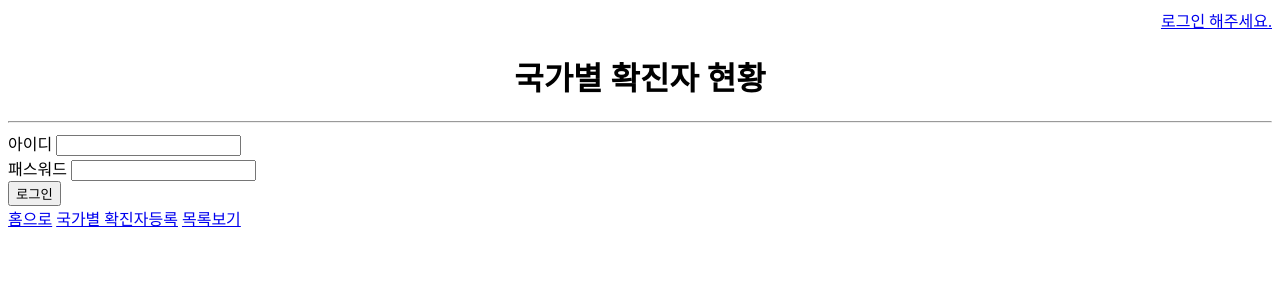
Repository: midrash/fileUpload-Test
Page: spring-ajax-test-frontend/index.html
An editor plug-in stored every save of this project. The page is shown before and after the next save, followed by the edit.
The browser window is 1280 px wide. The pictures show the whole page.

Above is the page before, as saved 2020-10-28 09:04:43.

### spring-ajax-test-frontend/index.html
<!DOCTYPE html>
<html>
<head>
<meta charset="UTF-8">
<title>Insert title here</title>
<style>
#loginInfo {
	text-align: right;
}

#head {
	text-align: center;
}

.inputtitle {
	display: inline-block;
	width: 100px;
	background: silver;
	text-align: center;
}
</style>
<script	src="https://ajax.googleapis.com/ajax/libs/jquery/3.5.1/jquery.min.js"></script>
<script>
	let root = '/test';
	let isLogin = false;
	let loginUser = {
		id: ''
	}
</script>
</head>
<body>
	<div id="loginInfo">
	</div>

	<h1 id="head">국가별 확진자 현황</h1>
	<hr>
	<div id="countryListArea">
	<form action="deletes">
		<table>
			<thead>
			<tr>
				<th>국가번호</th>
				<th>국가명</th>
				<th>확진자수</th>
				<th>지역</th>
				<th>삭제</th>
			</tr>
			</thead>
			<tbody id="ListBody">

			</tbody>
		</table>
		<div>
			<button>선택항목삭제</button>
		</div>
	</form>

	<!--------------------------------------------------------------------------------------------------------------->
	<div id="countryDetailArea">
		<label for="ccode" class="inputtitle">국가 번호</label>
		<input type="text" id="detail_ccode">
		<br>
		<label for="cname" class="inputtitle">국가명</label>
		<input type="text" id="detail_cname">
		<br>
		<label for="patient" class="inputtitle">확진자수</label>
		<input type="text" id="detail_patient">
		<br>
		<label for="rcode" class="inputtitle">지역</label>
		<input type="text" id="detail_rname">
	</div>


	<!--------------------------------------------------------------------------------------------------------------->
	</div>
	<div id="countryRegistArea">
		<h2>확진자 현황 등록</h2>
	<form id="registForm">
		<label for="ccode" class="inputtitle">국가 코드</label>
		<input type="text" name="ccode" id="ccode">
		<br>
		<label for="cname" class="inputtitle">국가명</label>
		<input type="text" name="cname" id="cname">
		<br>
		<label for="patient" class="inputtitle">확진자수</label>
		<input type="number" name="patient" id="patient">
		<br>
		<label for="rcode" class="inputtitle">지역</label>
		<select id="rcode" name="rcode">
			<option value="eu">유럽
			<option value="na">북아메리카
			<option value="as">아시아
		</select>
		<br>
		<input type="submit" value="확진자 현황 등록">
		<input type="reset" value="초기화">
	</form>
	<div>
			<a href="#">홈으로</a>
			<a href="/country/regist">국가별 확진자등록</a>
			<a href="#" id="viewList">목록보기</a>
		</div>
	</div>


	<!--------------------------------------------------------------------------------------------------------------->
	<div id="loginArea">
		<div id="loginMsg">
			<h2>이미 로그인 되있습니다.</h2>
		</div>
		<div id="loginFormDiv">
			<div>
				<label>아이디</label> <input type="text" id="id">
			</div>
			<div>
				<label>패스워드</label> <input type="password" id="pw">
			</div>
			<div>
				<button type="button" id="LoginBtn">로그인</button>
			</div>
		</div>
		<div>
			<a href="#">홈으로</a>
			<a href="/country/regist">국가별 확진자등록</a>
			<a href="#" id="viewList" >목록보기</a>
		</div>


	</div>
	<script >
	// 로그인 여부에 따라서 화면의 멘트 체인지
	if (isLogin){
		$("#loginInfo").html(`${loginUser.id }님 로그인되었습니다. <a	href="${root}/user/logout">로그아웃</a>`);
		$("#loginMsg").show();
		$("#loginFormDiv").hide();
		$("#countryListArea").hide();


	} else {
		$("#loginInfo").html(`<a href="${root}">로그인 해주세요.</a>`);
		$("#loginMsg").hide();
		$("#loginFormDiv").show();

	}
	$("#countryListArea,#countryRegistArea,#countryDetailArea").hide();

	// 상세 이벤트 처리

	$("#ListBody").on("click"," a",function(){
		console.log($(this).text());
		$.ajax({
			url: `${root}/country/detail.do`,
			data: {
				ccode : $(this).text()
			},
			dataType :'json',
			success: function(data){
				console.dir(data);
				$("#detail_ccode").val(data.ccode);
				$("#detail_cname").val(data.cname);
				$("#detail_patient").val(data.patient);
				$("#detail_rname").val(data.rname);

				$("#loginArea").hide();
				$("#countryRegistArea").hide();
				$("#countryListArea").hide();
				$("#countryDetailArea").show();
			},
			error : function(){
				alert("상세 정보 조회시 문제 발생");
			}

		});




	});


	// 목록 이벤트 처리
	$("#viewList").click(function(){
		$.ajax({
			url: `${root}/country/list.do`,
			dataType :'json',
			success: function(data){
				console.dir(data);
				$("#ListBody").html("");
				$.each(data,function(i,v){
				console.log(i,v);
				$("#ListBody").append(`
					<tr>
						<td><a href="#detail?ccode=${v.ccode}">${v.ccode}</a></td>
						<td>${v.cname}</td>
						<td>${v.patient}</td>
						<td>${v.rname}</td>
						<td><input type="checkbox" name="ccodes" value="${v.ccode}"></td>
					</tr>
					`);
				});
				$("#loginArea").hide();
				$("#countryRegistArea").hide();
				$("#countryListArea").show();
				$("#countryDetailArea").hide();

			},
			error: function(){
					alert("조회시 에러 발생");
			}
		});
	});


	// 등록 이벤트 처리
	$("#registForm").submit(function(e){
// 		console.log("서브밋 버튼 클릭됨");
		e.preventDefault(); // 기본 이벤트를 중단시키기

// 		console.log($("#registForm").serialize());
		$.ajax({
			url: `${root}/country/regist.do`,
			type:'POST',
			data: $("#registForm").serialize(),
			dataType :'json',
			success: function(data){
				console.dir(data);
				if (data.result == "0") {
					alert("등록시 문제 발생");
				}else{
					alert("코로나 현황 정보가 등록되었습니다.")
					//폼 데이터를 빈값으로 변경
					$("#registForm")[0].reset();
				}
			},
			error : function(){
				alert("등록시 문제 발생");
			}
		});
	})



	// 로그인 버튼 이벤트 설정하기
	$("#LoginBtn").click(function(){
		// 사용자가 입력한 내용을 /user/login.do를 처리하는 메서드로 ajax 요청
		$.ajax({
			url: `${root}/user/login.do`,
			type:'POST',
			data: {
				id:$('#id').val(),
				pw:$('#pw').val()
			},
			dataType :'json',
			success: function(data){
				console.dir(data);
				if (data.result == "0") {
					alert("아이디 또는 패스워드를 확인하세요")
				}else{
					$("#countryRegistArea").show();
					$("#loginArea").hide();
					$("#detailArea").hide();
					$("#countryDetailArea").hide();
				}
			}
		});
	});

	</script>
</body>
</html>

After the next save:
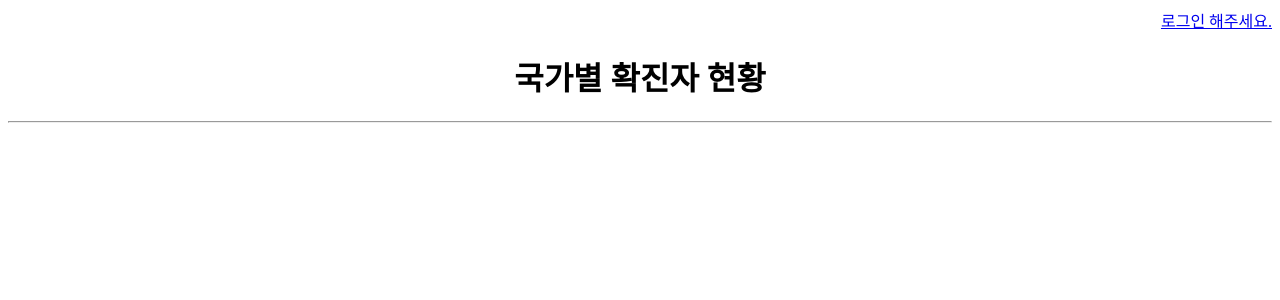
Saved 41 s later.
--- a/spring-ajax-test-frontend/index.html
+++ b/spring-ajax-test-frontend/index.html
@@ -95,12 +95,6 @@
 		<input type="submit" value="확진자 현황 등록">
 		<input type="reset" value="초기화">
 	</form>
-	<div>
-			<a href="#">홈으로</a>
-			<a href="/country/regist">국가별 확진자등록</a>
-			<a href="#" id="viewList">목록보기</a>
-		</div>
-	</div>
 
 
 	<!--------------------------------------------------------------------------------------------------------------->
@@ -119,14 +113,15 @@
 				<button type="button" id="LoginBtn">로그인</button>
 			</div>
 		</div>
-		<div>
+
+
+
+	</div>
+	<div>
 			<a href="#">홈으로</a>
 			<a href="/country/regist">국가별 확진자등록</a>
 			<a href="#" id="viewList" >목록보기</a>
 		</div>
-
-
-	</div>
 	<script >
 	// 로그인 여부에 따라서 화면의 멘트 체인지
 	if (isLogin){
